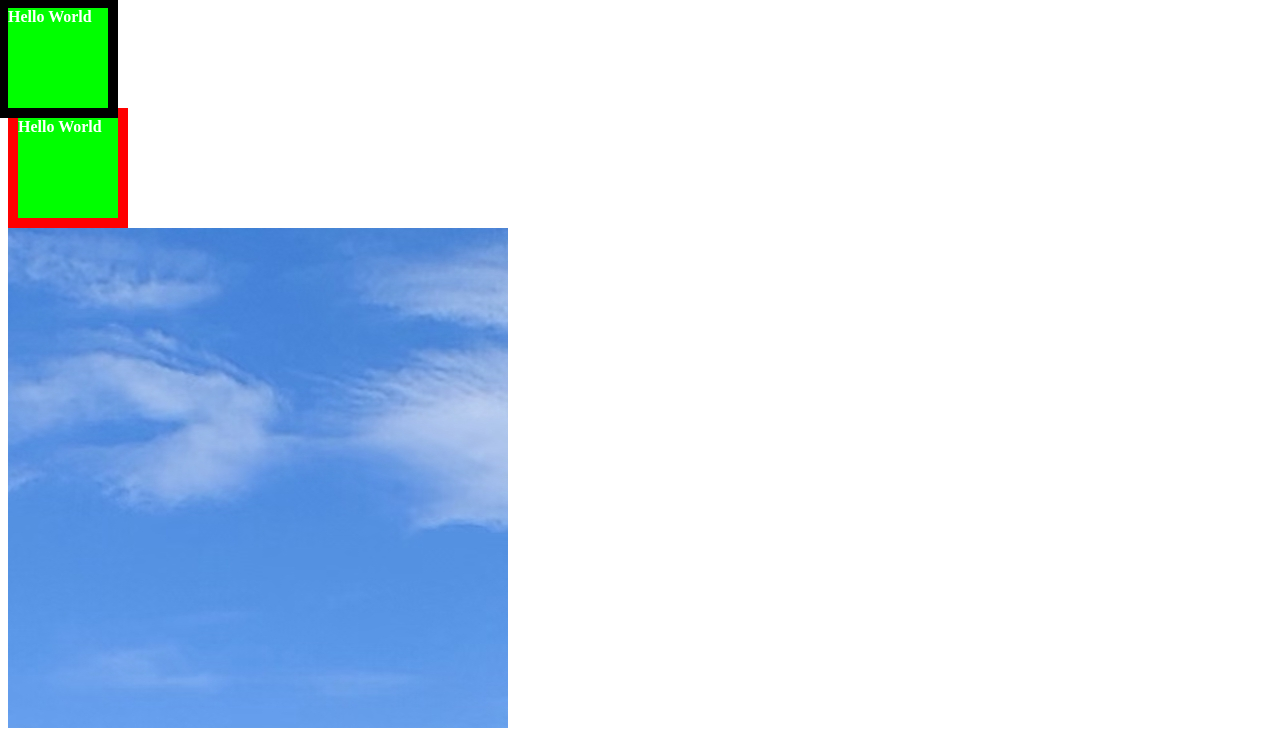
Repository: herjuandlonely/github.io
Page: test.html
An editor plug-in stored every save of this project. The page is shown before and after the next save, followed by the edit.
The browser window is 1280 px wide. The pictures show the whole page.

Above is the page before, as saved 2022-07-01 23:53:59.

### test.html
<!DOCTYPE html>
<html lang="en">
<head>
    <meta charset="UTF-8">
    <meta http-equiv="X-UA-Compatible" content="IE=edge">
    <meta name="viewport" content="width=device-width, initial-scale=1.0">
    <title>Document</title>
    <style>
        .test{
            height: 100px;
            width: 100px;
            color: white;
            font-weight: bold;
            background-color: #00ff00;
            outline: black solid 10px;
        }
        .test2{
            height: 100px;
            width: 100px;
            color: white;
            font-weight: bold;
            background-color: #0f0;
            border: red solid 10px;
        }
        .test3{
            width: 500px;
            height: 500px;
            background-image: url(./image/IMG_20220625_204302.JPG);

        }
    </style>
</head>
<body>
    <div class="test">Hello World</div>
    <div class="test2">Hello World</div>
    <div class="test3"></div>
</body>
</html>

After the next save:
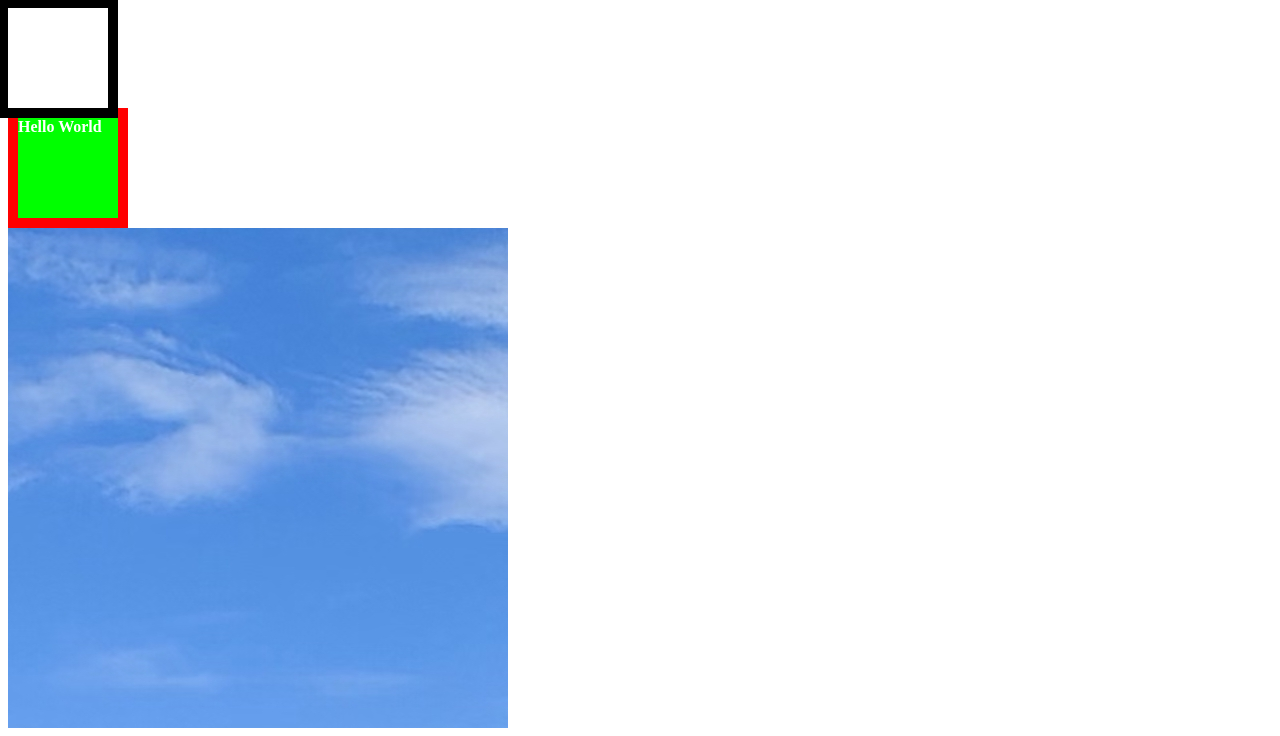
Saved 14 h 23 min later.
--- a/test.html
+++ b/test.html
@@ -11,7 +11,8 @@
             width: 100px;
             color: white;
             font-weight: bold;
-            background-color: #00ff00;
+            background-color:
+transparent;
             outline: black solid 10px;
         }
         .test2{
